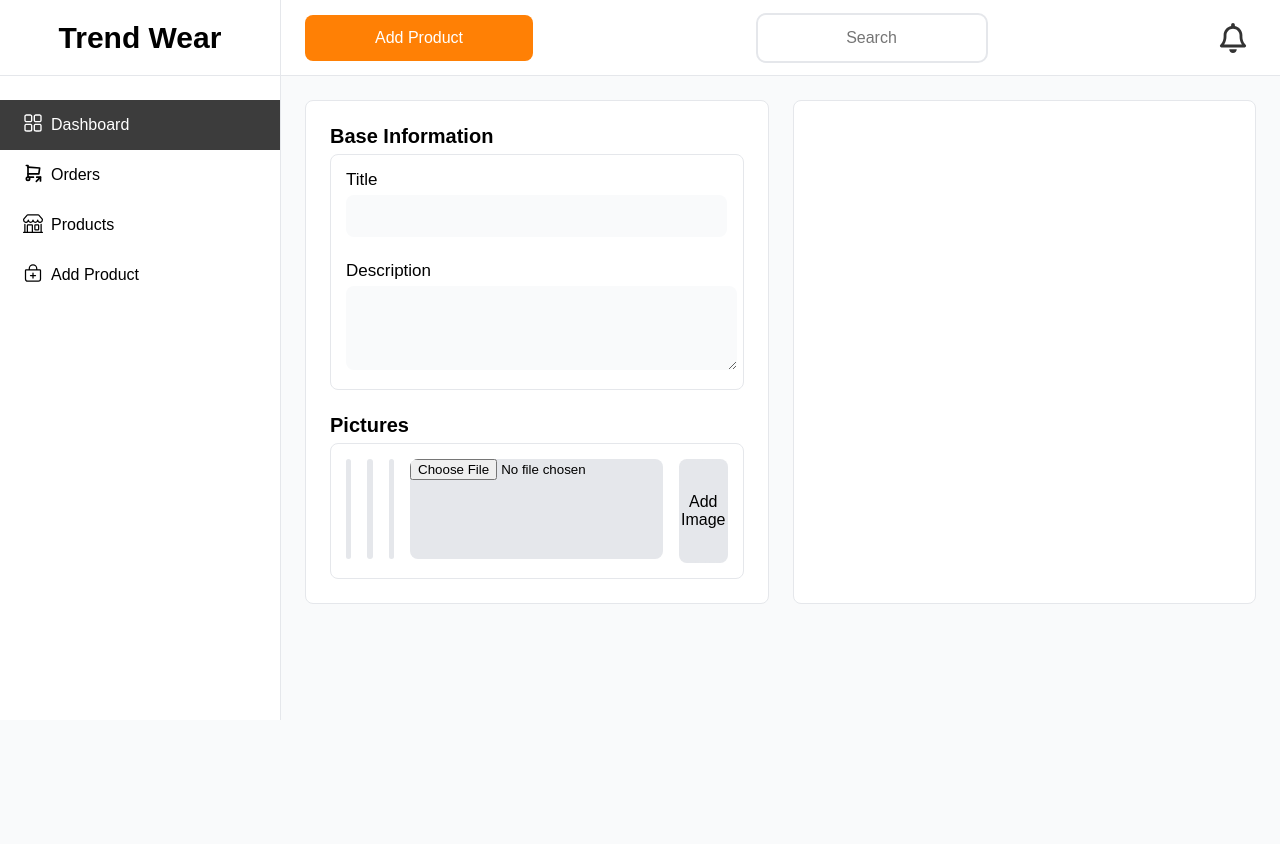
Repository: ahmad-dev7/TrendWear
Page: / (app in trend_wear_dashboard/)
An editor plug-in stored every save of this project. The page is shown before and after the next save, followed by the edit.
The browser window is 1280 px wide. The pictures show the whole page.
The project was rebuilt for these pictures with package versions that can differ from the ones it lists, and the page was loaded fresh each time. Also part of the build but not shown: trend_wear_dashboard/vite.config.ts.

Above is the page before, as saved 2025-01-20 09:47:52.

### trend_wear_dashboard/index.html
<!doctype html>
<html lang="en">

<head>
  <meta charset="UTF-8" />
  <link rel="icon" type="image/svg+xml" href="/vite.svg" />
  <meta name="viewport" content="width=device-width, initial-scale=1.0" />
  <title>Trend Wear</title>
</head>

<body>
  <div id="root"></div>
  <script type="module" src="/src/main.tsx"></script>
</body>

</html>

### trend_wear_dashboard/src/main.tsx
import { StrictMode } from "react";
import { createRoot } from "react-dom/client";
//import "bootstrap/dist/css/bootstrap.css";
import "./App.css";
import App from "./App.tsx";

createRoot(document.getElementById("root")!).render(
  <StrictMode>
    <App />
  </StrictMode>
);

### trend_wear_dashboard/src/App.css
body {
    background-color: #F9FAFB;
    padding: 0;
    margin: 0;
    font-family: Arial, Helvetica, sans-serif;

}

#parent {
    display: flex;
}

### trend_wear_dashboard/src/App.tsx
import { useState } from "react";
import Body from "./Components/Body/Body";
import Navbar from "./Components/Navbar/Navbar";
import Sidebar from "./Components/Sidebar/Sidebar";
import AddProducts from "./Components/AddProduct/AddProduct";
//import Dashboard from "./Components/Dashboard/Dashboard";

function App() {
  const [body, setBody] = useState("Dashboard");

  console.log(body);

  return (
    <div id="parent">
      <Sidebar onSelectTab={setBody} />
      <div style={{ flex: 1 }}>
        <Navbar />
        <Body>
          <AddProducts />
        </Body>
      </div>
    </div>
  );
}

export default App;

### trend_wear_dashboard/src/Components/Body/Body.tsx
// Body.tsx
import "./Body.css";

interface Props {
  children: React.ReactNode;
}

const Body = ({ children }: Props) => {
  return <div id="body-content">{children}</div>;
};

export default Body;

### trend_wear_dashboard/src/Components/Navbar/Navbar.tsx
import "./Navbar.css";
import { FaRegBell } from "react-icons/fa6";

const Navbar = () => {
  return (
    <div>
      <div id="top-navbar">
        <div className="nav-item add-product-button">Add Product</div>
        <input className="nav-item" placeholder="Search" type="text" />
        <FaRegBell className="nav-item icon"></FaRegBell>
      </div>
    </div>
  );
};

export default Navbar;

### trend_wear_dashboard/src/Components/Sidebar/Sidebar.tsx
import "./Sidebar.css";
import { RxDashboard } from "react-icons/rx";
import { TbShoppingCartShare } from "react-icons/tb";
import { BsShop } from "react-icons/bs";
import { IoBagAddOutline } from "react-icons/io5";
import { useState } from "react";

interface Props {
  onSelectTab: (tab: string) => void;
}

interface Tabs {
  icon: JSX.Element;
  label: string;
}

const Sidebar = ({ onSelectTab }: Props) => {
  const tabs: Tabs[] = [
    { label: "Dashboard", icon: <RxDashboard size={20} /> },
    { label: "Orders", icon: <TbShoppingCartShare size={20} /> },
    { label: "Products", icon: <BsShop size={20} /> },
    { label: "Add Product", icon: <IoBagAddOutline size={20} /> },
  ];

  const [active, setTab] = useState("Dashboard");

  return (
    <div id="sidebar">
      <div className="header">Trend Wear</div>
      <ul id="sidebar-content">
        {tabs.map((tab) => (
          <li
            key={tab.label}
            className={"tab " + (tab.label == active && "active")}
            onClick={() => {
              setTab(tab.label);
              onSelectTab(tab.label);
            }}
          >
            <div className="icon">{tab.icon}</div>
            <div className="label">{tab.label}</div>
          </li>
        ))}
      </ul>
    </div>
  );
};

export default Sidebar;

### trend_wear_dashboard/src/Components/AddProduct/AddProduct.tsx
import "./AddProduct.css";
import ProductDetails from "./ProductDetails";
import ProductPreview from "./ProductPreview";
const AddProduct = () => {
  return (
    <div className="parent">
      <div className="child">
        <ProductDetails />
      </div>

      <div className="child ">
        <ProductPreview />
      </div>
    </div>
  );
};

export default AddProduct;

### trend_wear_dashboard/src/Components/Body/Body.css
#body-content {
    display: flex;
    flex-direction: column;
    margin: 24px;
    height: 100vh;
    width: calc(100% - 48px);
    box-sizing: border-box;
}

### trend_wear_dashboard/src/Components/Navbar/Navbar.css
#top-navbar {
    display: flex;
    justify-content: space-between;
    align-items: center;
    /* padding: 0 24px; */
    background-color: white;
    height: 75px;
    width: 100%;
    border-bottom: 1px solid #e5e7eb;
}

.nav-item {
    font-size: 16px;
    color: #333;
    text-align: center;
    width: 200px;
    border-radius: 8px;
    padding: 14px;
    text-decoration: none;
}

.add-product-button {
    color: white;
    margin-left: 24px;
    background-color: #ff8005;
}

#top-navbar input {
    border: none;
    outline: 2px solid #e5e7eb;
    flex-grow: 1;
    max-width: 200px;
}

#top-navbar .icon {
    height: 30px;
    width: 30px;
    margin-right: 24px;
}

### trend_wear_dashboard/src/Components/Sidebar/Sidebar.css
/* Sidebar.css */
#sidebar {
    background-color: white;
    width: 280px;
    height: 100vh;
    border-right: 1px solid #e5e7eb;
}

#sidebar .header {
    display: flex;
    justify-content: center;
    align-items: center;
    height: 75px;
    font-size: 30px;
    font-weight: bold;
    background-color: white;
    text-align: center;
    border-bottom: 1px solid #e5e7eb;
}

#sidebar-content {
    list-style-type: none;
    margin-top: 24px;
    padding: 0;
    cursor: pointer;
}

#sidebar-content .tab {
    height: 50px;
    color: black;
    display: flex;
    align-items: center;
    padding-left: 15px;
}

.icon {
    padding: 8px;
}

#sidebar-content .active {
    background-color: #3c3c3c;
    color: white;
}

#sidebar-content .tab:hover:not(.active) {
    background-color: #e5e7eb;
}

### trend_wear_dashboard/src/Components/AddProduct/AddProduct.css
/* AddProduct.css */
.parent {
    display: flex;
    width: 100%;
    gap: 24px;
    box-sizing: border-box;
}

.child {
    flex: 1;
    text-align: center;
    background-color: white;
    border: 1px solid #e5e7eb;
    border-radius: 8px;
}

### trend_wear_dashboard/src/Components/AddProduct/ProductDetails.tsx
import "./ProductDetails.css";
import Spacer from "../../Constants/Spacer";
import DetailsSectionContainer from "../../Constants/ProductDetailSection/DetailsSectionContainer";
import LabeledInputField from "../../Constants/LabeledInputField/LabeledInputField";
import LabeledTextArea from "../../Constants/LabeledInputField/LabeledTextarea";

const ProductDetails = () => {
  return (
    <>
      <div className="product-detail-container">
        <DetailsSectionContainer heading="Base Information">
          <LabeledInputField>Title</LabeledInputField>
          <Spacer height="24px" />
          <LabeledTextArea>Description</LabeledTextArea>
        </DetailsSectionContainer>
        <Spacer height="24px" />

        <DetailsSectionContainer heading="Pictures">
          <div className="picture-container-parent">
            <div className="img-container"></div>
            <div className="img-container"></div>
            <div className="img-container"></div>
            <input
              className="img-container"
              type="file"
              name="Add Image"
              id="image"
            />
            <div className="img-container add-more">Add Image</div>
          </div>
        </DetailsSectionContainer>
      </div>
    </>
  );
};

export default ProductDetails;

### trend_wear_dashboard/src/Components/AddProduct/ProductPreview.tsx
const ProductPreview = () => {
  return <div> </div>;
};

export default ProductPreview;

### trend_wear_dashboard/src/Components/AddProduct/ProductDetails.css
.product-detail-container {
    margin: 0px;
    padding: 24px;
    text-align: start;
}

/* Parent container to hold the items in a row */
.picture-container-parent {
    display: flex;
    /* Enable flexbox */
    justify-content: space-between;
    /* Optional: space between items, adjust as needed */
    gap: 16px;
    /* Optional: adds space between items */
}

/* Style for each img-container */
.img-container {
    flex: 1;
    /* Adjust width as needed */
    height: 100px;
    /* Adjust height as needed */
    background-color: #e5e7eb;
    /* Optional: background color */
    border-radius: 8px;
    display: flex;
    align-items: center;
    text-align: center;
    justify-content: center;
}

.picture-container-parent .add-more {
    border: dashed 2px #e5e7eb;

}

### trend_wear_dashboard/src/Constants/Spacer.tsx
interface Props {
  height?: string;
  width?: string;
}

const Spacer = ({ height = "0px", width = "0px" }: Props) => {
  return <div style={{ height: height, width: width }}></div>;
};

export default Spacer;

### trend_wear_dashboard/src/Constants/ProductDetailSection/DetailsSectionContainer.tsx
import "./ProductDetailSection.css";

interface Props {
  children: React.ReactNode;
  heading: string;
}

const DetailsSectionContainer = ({ children, heading }: Props) => {
  return (
    <>
      <p id="details-section-container-heading">{heading}</p>
      <div id="details-section-container">{children}</div>
    </>
  );
};

export default DetailsSectionContainer;

### trend_wear_dashboard/src/Constants/LabeledInputField/LabeledInputField.tsx
import "./LabeledInputField.css";
interface Props {
  children: React.ReactNode;
}

const LabeledInputField = ({ children }: Props) => {
  return (
    <>
      <p id="input-field-label">{children}</p>
      <input id="input-field" type="text" />
    </>
  );
};

export default LabeledInputField;

### trend_wear_dashboard/src/Constants/LabeledInputField/LabeledTextarea.tsx
interface Props {
  children: React.ReactNode;
}

const LabeledTextArea = ({ children }: Props) => {
  return (
    <>
      <p id="input-field-label">{children}</p>
      <textarea id="input-field-textarea" />
    </>
  );
};

export default LabeledTextArea;

### trend_wear_dashboard/src/Constants/ProductDetailSection/ProductDetailSection.css
#details-section-container-heading {
    margin: 0px;
    margin-bottom: 6px;
    font-size: 20px;
    font-weight: 700;
}

#details-section-container {
    border: 1px solid #e5e7eb;
    padding: 15px;
    background-color: white;
    border-radius: 8px;
}

### trend_wear_dashboard/src/Constants/LabeledInputField/LabeledInputField.css
#input-field-label {
    margin: 0px;
    font-size: 17px;
    font-weight: 500;
    margin-bottom: 5px;
}

#input-field,
#input-field-textarea {
    border: none;
    outline: none;
    width: calc(100% - 15px);
    height: 40px;
    font-size: 20px;
    border-radius: 8px;
    padding-left: 12px;
    background-color: #F9FAFB;
}

#input-field-textarea {
    height: 60px;
    padding: 12px;
}

After the next save:
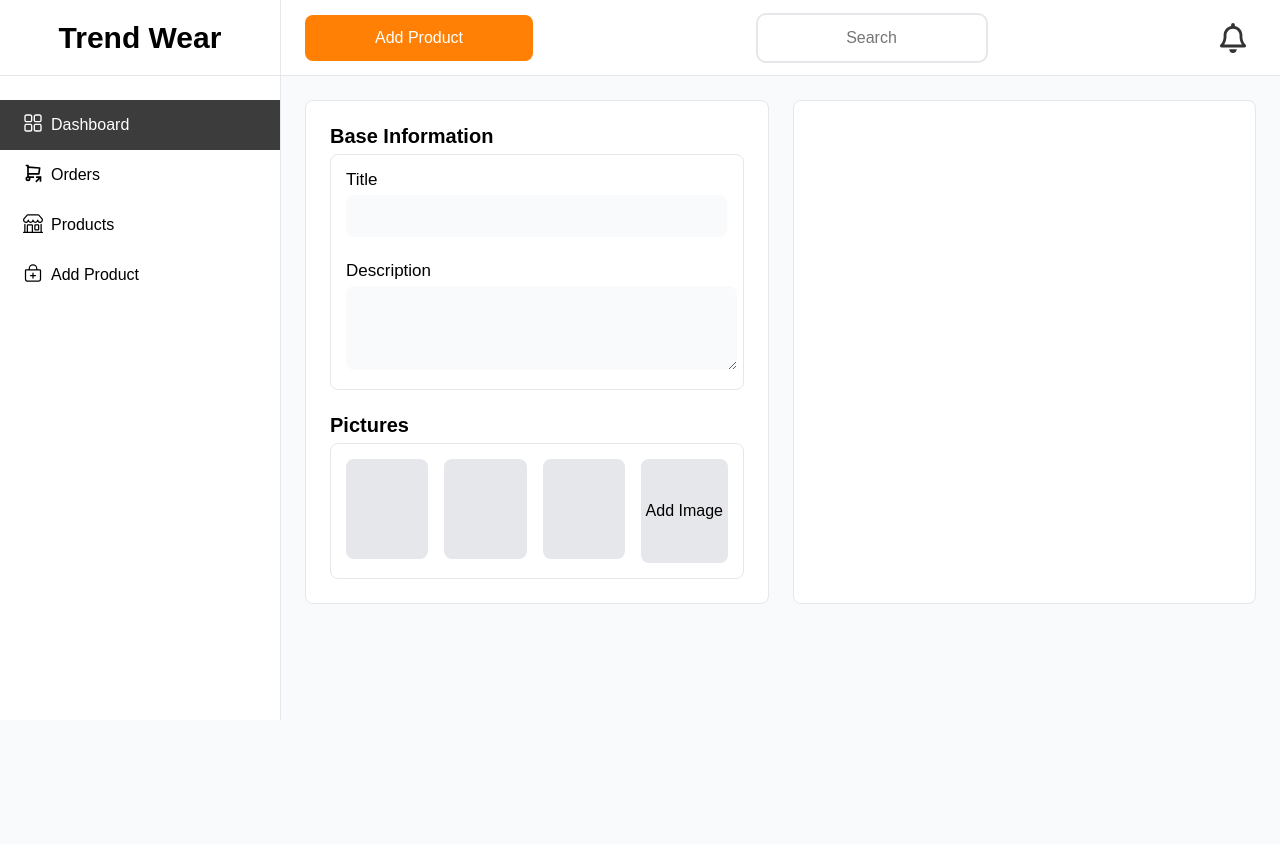
Saved 19 min 27 s later.
--- a/trend_wear_dashboard/src/Components/AddProduct/ProductDetails.tsx
+++ b/trend_wear_dashboard/src/Components/AddProduct/ProductDetails.tsx
@@ -20,12 +20,6 @@ const ProductDetails = () => {
             <div className="img-container"></div>
             <div className="img-container"></div>
             <div className="img-container"></div>
-            <input
-              className="img-container"
-              type="file"
-              name="Add Image"
-              id="image"
-            />
             <div className="img-container add-more">Add Image</div>
           </div>
         </DetailsSectionContainer>
